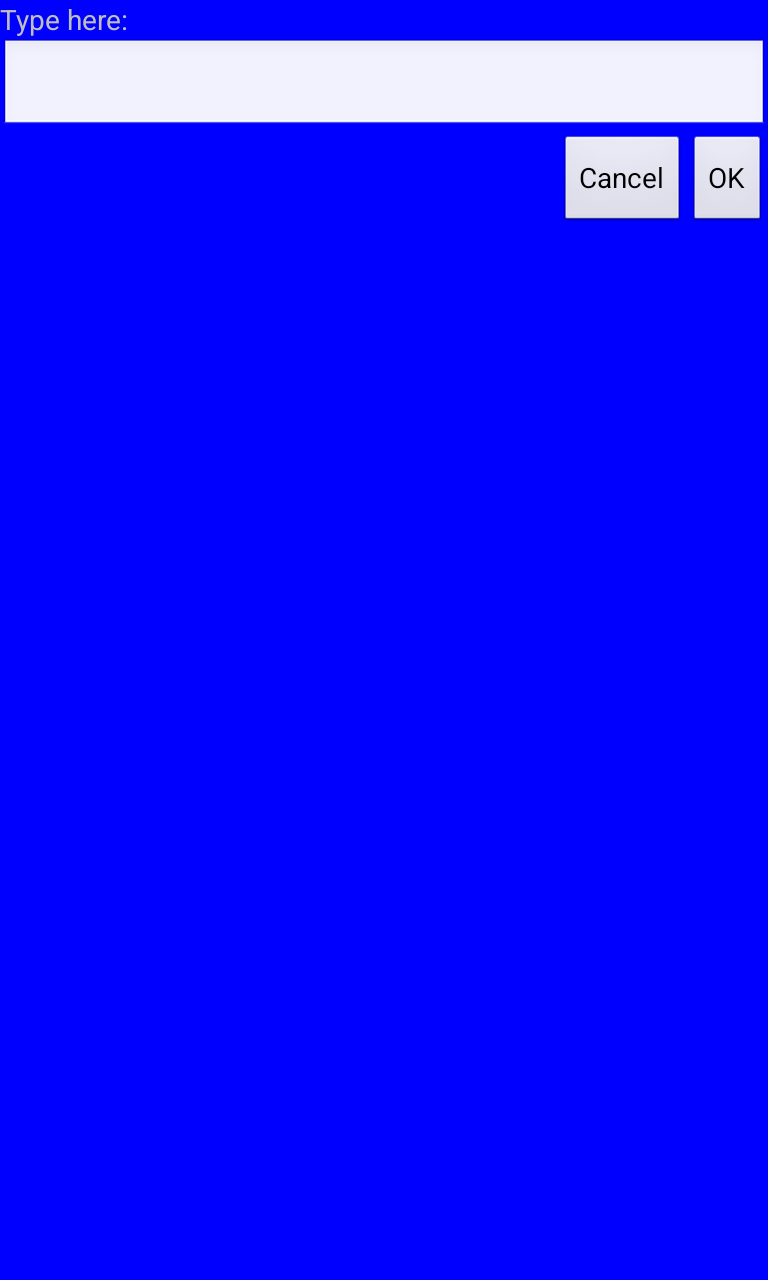
Repository: fangbao/Google_Android
Layout: Android_space/11.RelativeLayout/res/layout/main.xml
The author's editor kept a copy of each file at every save. The layout is drawn from the files as they stood at one save, then again after the next save.
It is drawn on a 768 x 1280 px phone screen (xhdpi) without system bars, with theme android:Theme; the app's code is not run.

Above is the layout before, as saved 2011-12-25 03:34:26.

After the next save:
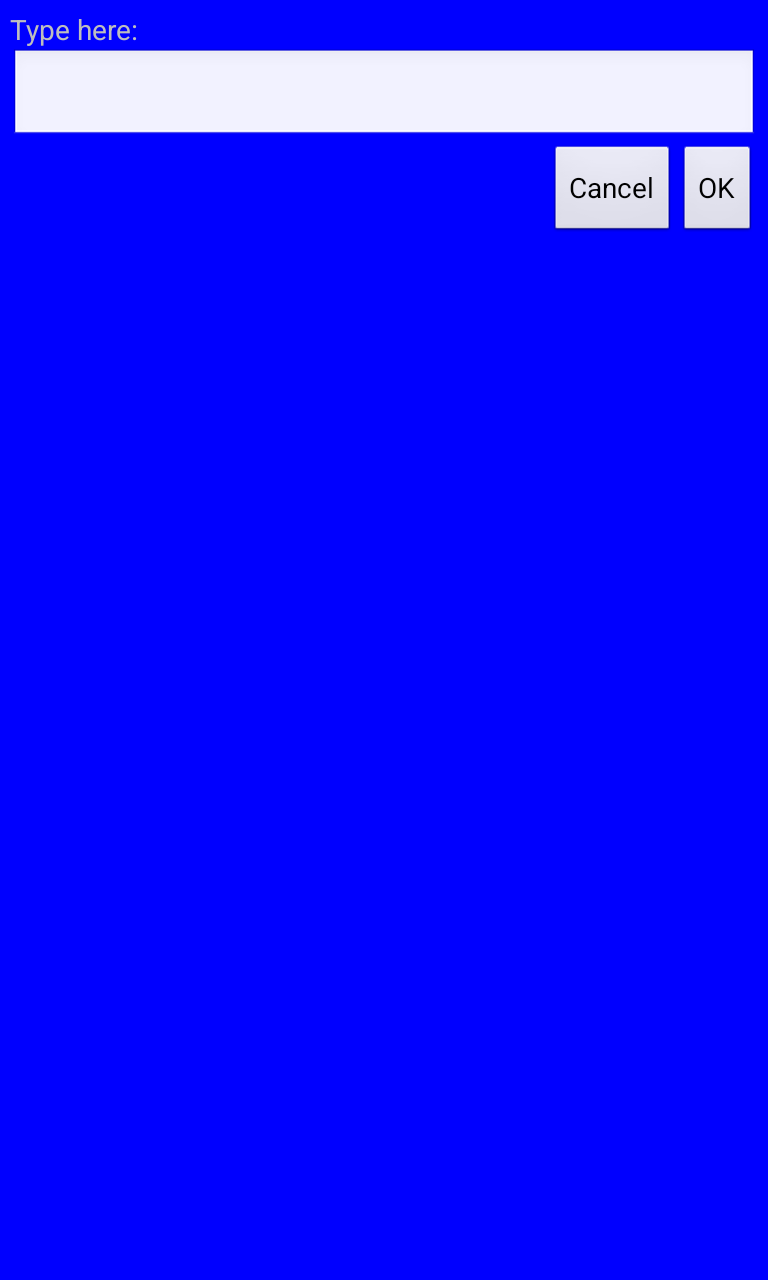
Saved 48 s later.
--- a/Android_space/11.RelativeLayout/res/layout/main.xml
+++ b/Android_space/11.RelativeLayout/res/layout/main.xml
@@ -2,7 +2,9 @@
 <RelativeLayout xmlns:android="http://schemas.android.com/apk/res/android"
     android:layout_width="fill_parent"
     android:layout_height="wrap_content"
-    android:background="#0000FF" >
+    android:background="#0000FF"
+    android:padding="10px"
+    >
 
     <TextView
         android:id="@+id/tv01"
